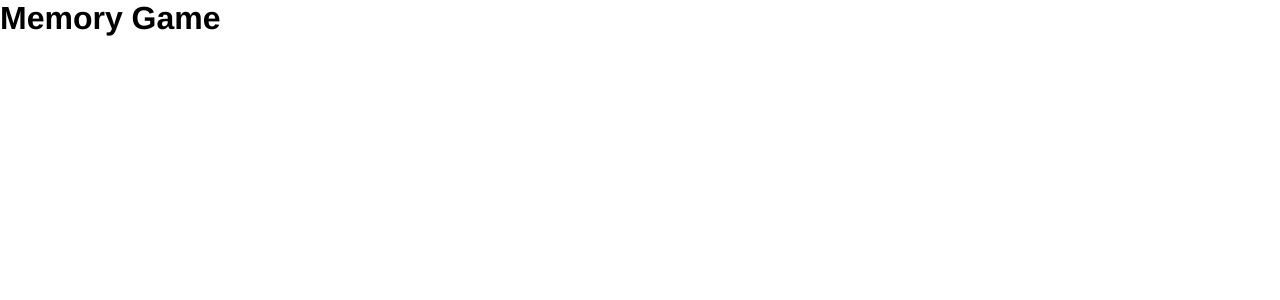
Repository: Ellisvelandia/memory-game
Page: /
These files come from the project's save history. The page is drawn as it stood at one moment and after the next save; the edit follows.
The browser window is 1280 px wide. The pictures show the whole page.
The project was rebuilt for these pictures with package versions that can differ from the ones it lists, and the page was loaded fresh each time.

Above is the page before, as saved 2022-09-03 21:06:08.

### src/index.css
* {
  margin: 0;
  padding: 0;
}

html , body {
  height: 100%;
}

body {
  font-family: 'Franklin Gothic Medium', 'Arial Narrow', Arial, sans-serif;
  background-color: #;
}

### src/App.js

function App() {
  return (
    <div className="App">
     <h1>Memory Game</h1>
     <div className="container"></div>
    </div>
  );
}

export default App;

Loaded but not shown: public/index.html (common file); src/index.js (common file)

After the next save:
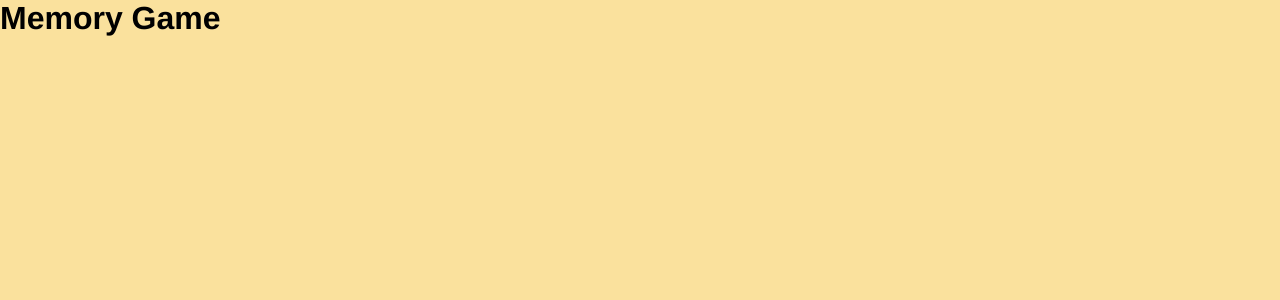
Saved 4 s later.
--- a/src/index.css
+++ b/src/index.css
@@ -9,5 +9,5 @@ html , body {
 
 body {
   font-family: 'Franklin Gothic Medium', 'Arial Narrow', Arial, sans-serif;
-  background-color: #;
+  background-color: #fae19d;
 }
